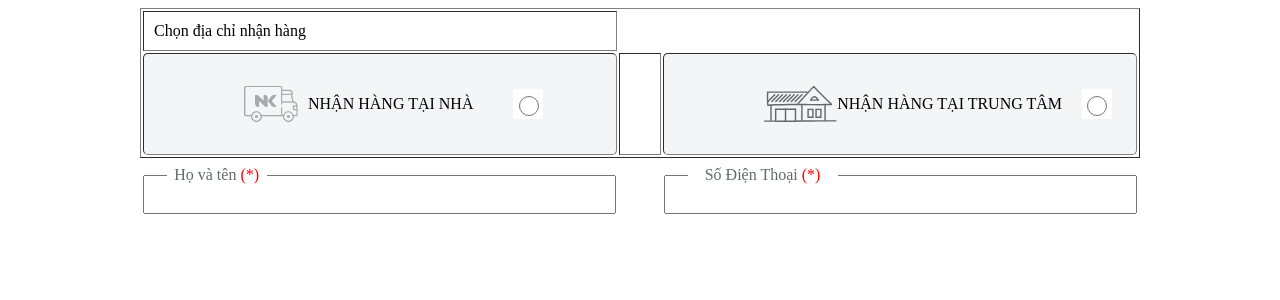
Repository: Tan-Khang21/TH_TKW--Buoi_04
Page: Bai_Tap_Tren_Lop/Bai_03/Bai_03.html
An editor plug-in stored every save of this project. The page is shown before and after the next save, followed by the edit.
The browser window is 1280 px wide. The pictures show the whole page.

Above is the page before, as saved 2024-03-08 20:50:03.

After the next save:
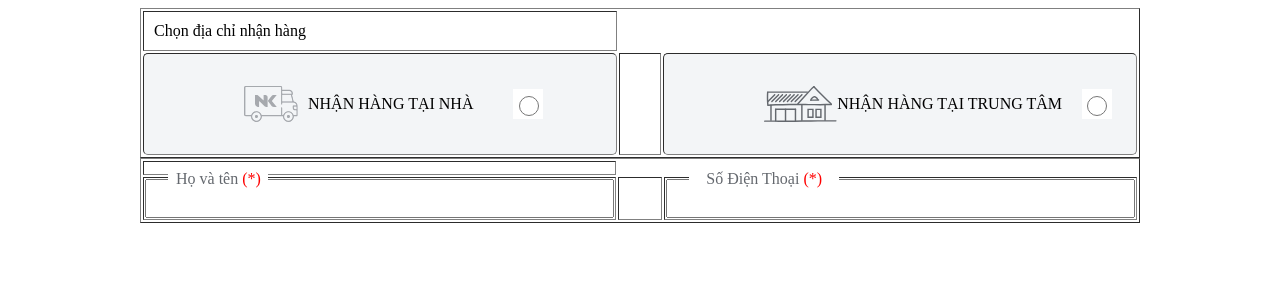
Saved 14 s later.
--- a/Bai_Tap_Tren_Lop/Bai_03/Bai_03.html
+++ b/Bai_Tap_Tren_Lop/Bai_03/Bai_03.html
@@ -388,7 +388,7 @@
           </td>
         </tr>
       </table>
-      <table  style="width: 1000px">
+      <table border="1px" style="width: 1000px">
         <tr>
           <td style="height: 10px;"></td>
         </tr>
